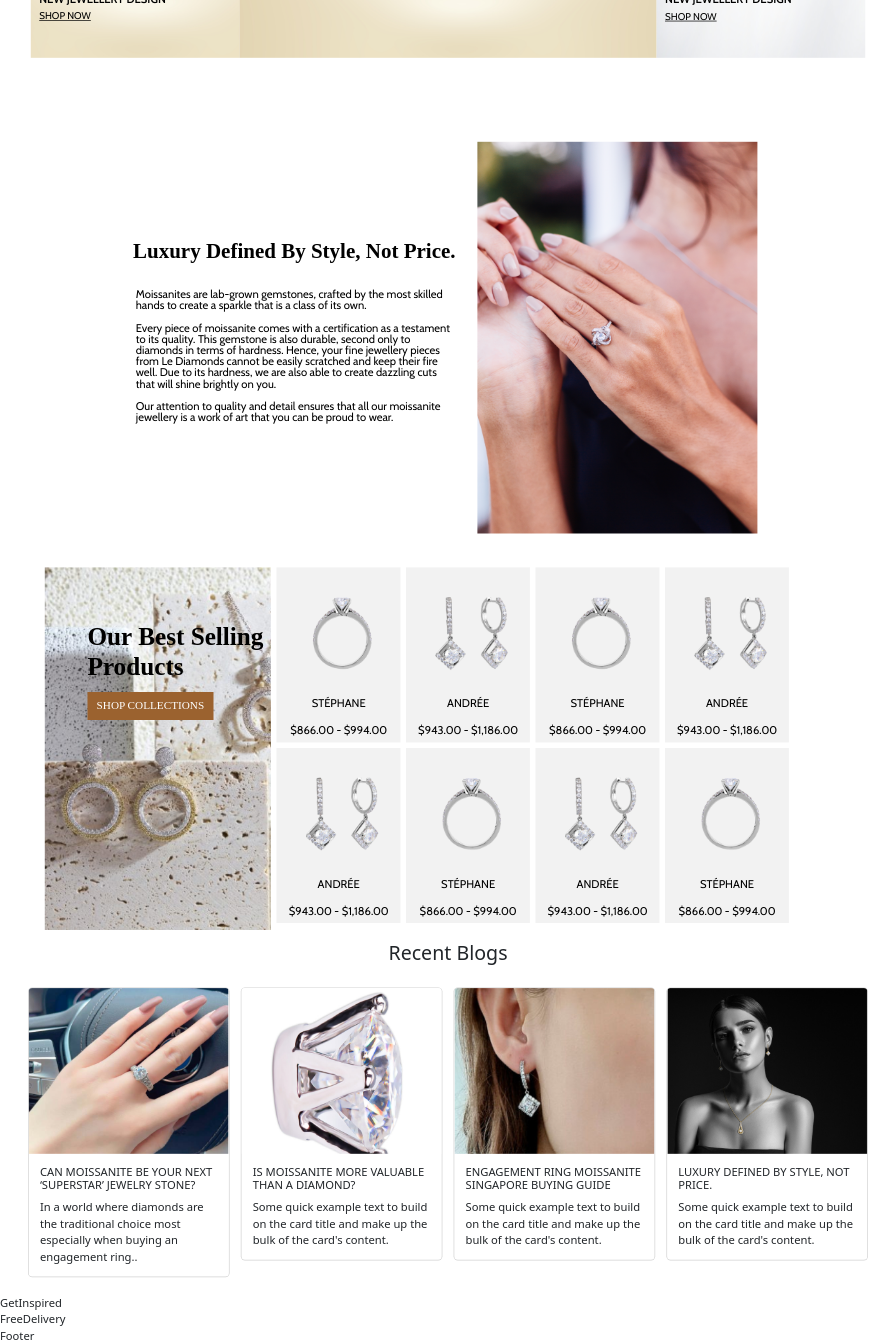
Repository: farrelmuhammad/lediamonds-vi8e
Page: /
An editor plug-in stored every save of this project. The page is shown before and after the next save, followed by the edit.
The browser window is 1280 px wide. The pictures show the part of the page from y = 1532 to 3452 px (the page is 3452 px tall), at 70% of full size.
The project was rebuilt for these pictures with package versions that can differ from the ones it lists, and the page was loaded fresh each time. Also part of the build but not shown: src/App.css.

Above is the page before, as saved 2022-09-17 15:22:45.

### src/index.css
@import url('https://fonts.googleapis.com/css2?family=Cabin:wght@400;500;600&display=swap');

body {
  margin: 0;
  font-family: -apple-system, BlinkMacSystemFont, 'Segoe UI', 'Roboto', 'Oxygen',
    'Ubuntu', 'Cantarell', 'Fira Sans', 'Droid Sans', 'Helvetica Neue',
    sans-serif;
  -webkit-font-smoothing: antialiased;
  -moz-osx-font-smoothing: grayscale;
}

code {
  font-family: source-code-pro, Menlo, Monaco, Consolas, 'Courier New',
    monospace;
}

.icons {
  color: #9B622F;
}

.content {
  justify-content: center;
}

.cat-1 {
  background: url("./assets/images/bg-1.png");
  height: 390px;
  width: 636px;
}

.cat-1 img {
  justify-content: center;
  width: 350px;
  height: 350px;
  margin-top: 1.5rem;
}

.cat-2 {
  background: url("./assets/images/bg-2.png");
  height: 390px;
  width: 636px;
}

.cat-2 img {
  width: 100%;
}

.cat-3 {
  background: url("./assets/images/bg-3.png");
  height: 390px;
  width: 636px;
}

.cat-3 img {
  width: 100%;
}

.cat-4 {
  background: url("./assets/images/bg-4.png");
  height: 390px;
  width: 636px;
}

.cat-4 img {
  justify-content: center;
  width: 350px;
  height: 350px;
  margin-top: 1.5rem;
}

.cat-5 {
  background: url("./assets/images/bg-5.png");
  height: 390px;
  width: 636px;
}

.cat-5 img {
  width: 100%;
}

.hero-content img {
  width: 400px;
  height: 560.68px;
  left: 883px;
  top: 1669px;
}

.container-hero {
  width: 100%;
  height: 516px;
  margin-bottom: 5rem;
  left: -1px;
  top: 95px;
  background: url("./assets/images/Banner.png") top left;
}

.banner {
  justify-content: center;
  padding: 11rem;
}

.text-banner-top {
  margin-left: -29.5rem;
  font: 400 1.5rem Cabin, sans-serif;
}

.text-title-banner {
  font: 500 64px Playfair Display;
}

.text-paragraph-banner {
font-family: 'Cabin';
font-style: normal;
font-weight: 500;
font-size: 12px;
line-height: 15px;
color: #868686;
}

.line {
  width: 25.02px;
height: 1px;
left: 85px;
top: 254.5px;
/* justify-content: center; */
background: #000000;
}

.button-hero {
  justify-content: left;
  width: 175px;
  height: 40px;
  background: #9B622F;
}

.title-category {
  justify-content: center;
}

.text-cat h5 {
  font-family: 'Cabin';
font-style: normal;
font-weight: 700;
font-size: 16px;
line-height: 17px;
color: #000000;
}

.text-cat p {
  font-family: 'Cabin';
  font-style: normal;
  font-weight: 400;
  font-size: 14px;
  line-height: 17px;
  text-decoration-line: underline;
  color: #000000;
}

.text-product h5 {
  font-family: 'Playfair Display';
font-style: normal;
font-weight: 550;
font-size: 30px;
color: #000000;
}

.text-product p {
  font-family: 'Cabin';
font-style: normal;
font-weight: 300;
font-size: 16px;
line-height: 22px;
color: #000000;
}

.best-sell {
  justify-content: left;
}

.left-col {
  background: url("./assets/images/best-sell.png");
  width: 412px;
height: 518px;
left: 85px;
top: 2330px;
margin-left: 4rem;
}

.text-best-sell {
  position: absolute;
width: 266px;
height: 84px;
left: 125px;
top: 2420px;

font-family: 'Playfair Display';
font-style: normal;
font-weight: 600;
font-size: 36px;
line-height: 42px;
/* or 117% */

text-transform: capitalize;

color: #000000;
}

.text-best-sell .button-hero {
  justify-content: left;
  width: 180px;
  height: 40px;
  background: #9B622F;
}

.card-product {
  background: url("./assets/images/bg-product.png");
  width: 100%;
height: 250px;
}

.card-product img {
  width: 180px;
  height: 180px;
  left: 513px;
  top: 2330px;
}

### src/App.js
import logo from './logo.svg';
import './App.css';
import Homepage from './pages/Homepage';

function App() {
  return (
    <>
      <Homepage />
    </>
  );
}

export default App;

### src/pages/Homepage.jsx
import React from "react";
import BestSelling from "../components/BestSelling";
import Blogs from "../components/Blogs";
import Category from "../components/Category";
import Content from "../components/Content";
import Footer from "../components/Footer";
import FreeDelivery from "../components/FreeDelivery";
import GetInspired from "../components/GetInspired";
import Header from "../components/Header";
import Jumbotron from "../components/Jumbotron";
import Products from "../components/Products";

const Homepage = () => {
  return (
    <>
      <Header />
      <Jumbotron />
      <Content />
      <Category />
      <Products />
      <BestSelling />
      <Blogs />
      <GetInspired />
      <FreeDelivery />
      <Footer />
    </>
  );
};

export default Homepage;

### src/components/BestSelling.jsx
import React from "react";
import product1 from "../assets/images/product-5.png";
import product2 from "../assets/images/product-2.png";

const BestSelling = () => {
  return (
    <>
      <div class="d-flex justify-content-center mb-3">
        <div class="p-2 bd-highlight left-col">
          <div className="text-best-sell">
            <p>our Best Selling Products</p>
            <div class="d-flex button-hero">
              <a href="#about" class="btn text-white">
                SHOP COLLECTIONS
              </a>
            </div>
          </div>
        </div>
        <div class="p-0 ms-2 flex-grow-1 bd-highlight">
          <div class="container">
            <div class="row row-cols-5">
              <div class="col p-1 me-2 mb-2 card-product">
                <img src={product1} alt="product 1" />
                <div className="text-product text-center">
                  <p>STÉPHANE</p>
                  <p>$866.00 - $994.00</p>
                </div>
              </div>
              <div class="col p-1 me-2 mb-2 card-product">
                <img src={product2} alt="product 2" />
                <div className="text-product text-center">
                  <p>ANDRÉE</p>
                  <p>$943.00 - $1,186.00</p>
                </div>
              </div>
              <div class="col p-1 me-2 mb-2 card-product">
                <img src={product1} alt="product 1" />
                <div className="text-product text-center">
                  <p>STÉPHANE</p>
                  <p>$866.00 - $994.00</p>
                </div>
              </div>
              <div class="col p-1 me-2 mb-2 card-product">
                <img src={product2} alt="product 2" />
                <div className="text-product text-center">
                  <p>ANDRÉE</p>
                  <p>$943.00 - $1,186.00</p>
                </div>
              </div>
              <div class="col p-1 me-2 mb-2 card-product">
                <img src={product2} alt="product 2" />
                <div className="text-product text-center">
                  <p>ANDRÉE</p>
                  <p>$943.00 - $1,186.00</p>
                </div>
              </div>
              <div class="col p-1 me-2 mb-2 card-product">
                <img src={product1} alt="product 1" />
                <div className="text-product text-center">
                  <p>STÉPHANE</p>
                  <p>$866.00 - $994.00</p>
                </div>
              </div>
              <div class="col p-1 me-2 mb-2 card-product">
                <img src={product2} alt="product 2" />
                <div className="text-product text-center">
                  <p>ANDRÉE</p>
                  <p>$943.00 - $1,186.00</p>
                </div>
              </div>
              <div class="col p-1 me-2 mb-2 card-product">
                <img src={product1} alt="product 1" />
                <div className="text-product text-center">
                  <p>STÉPHANE</p>
                  <p>$866.00 - $994.00</p>
                </div>
              </div>
            </div>
          </div>
        </div>
      </div>
    </>
  );
};

export default BestSelling;

### src/components/Blogs.jsx
import React from "react";
import Blog1 from "../assets/images/blog-1.png";
import Blog2 from "../assets/images/blog-2.png";
import Blog3 from "../assets/images/blog-3.png";
import Blog4 from "../assets/images/blog-4.png";

const Blogs = () => {
  return (
    <>
      <div className="text-center mt-3 mb-4">
        <h3 className="text-title-blog">Recent Blogs</h3>
      </div>
      <div class="d-flex flex-row justify-content-center mb-3">
        <div class="p-2 bd-highlight">
          <div class="card" style={{ width: "18rem" }}>
            <img src={Blog1} class="card-img-top" alt="..." />
            <div class="card-body">
              <h6 class="card-title">
                CAN MOISSANITE BE YOUR NEXT ‘SUPERSTAR’ JEWELRY STONE?
              </h6>
              <p class="card-text">
                In a world where diamonds are the traditional choice most
                especially when buying an engagement ring..
              </p>
            </div>
          </div>
        </div>
        <div class="p-2 bd-highlight">
          <div class="card" style={{ width: "18rem" }}>
            <img src={Blog2} class="card-img-top" alt="..." />
            <div class="card-body">
              <h6 class="card-title">
                IS MOISSANITE MORE VALUABLE THAN A DIAMOND?
              </h6>
              <p class="card-text">
                Some quick example text to build on the card title and make up
                the bulk of the card's content.
              </p>
            </div>
          </div>
        </div>
        <div class="p-2 bd-highlight">
          <div class="card" style={{ width: "18rem" }}>
            <img src={Blog3} class="card-img-top" alt="..." />
            <div class="card-body">
              <h6 class="card-title">
                ENGAGEMENT RING MOISSANITE SINGAPORE BUYING GUIDE
              </h6>
              <p class="card-text">
                Some quick example text to build on the card title and make up
                the bulk of the card's content.
              </p>
            </div>
          </div>
        </div>
        <div class="p-2 bd-highlight">
          <div class="card" style={{ width: "18rem" }}>
            <img src={Blog4} class="card-img-top" alt="..." />
            <div class="card-body">
              <h6 class="card-title">LUXURY DEFINED BY STYLE, NOT PRICE.</h6>
              <p class="card-text">
                Some quick example text to build on the card title and make up
                the bulk of the card's content.
              </p>
            </div>
          </div>
        </div>
      </div>
    </>
  );
};

export default Blogs;

### src/components/Category.jsx
import React from "react";
import product1 from "../assets/images/product-1.png";
import product2 from "../assets/images/product-2.png";
import product3 from "../assets/images/product-3.png";
import product4 from "../assets/images/product-4.png";
import product5 from "../assets/images/product-5.png";
import product6 from "../assets/images/product-6.png";

const Category = () => {
  return (
    <>
      <div class="d-flex flex-column bd-highlight justify-content-center text-center mb-3 p-5">
        <div class="p-2 pb-0 bd-highlight">
          <div class="row">
            <div class="col-md-6 text-start cat-1">
              <div class="row">
                <div class="col">
                  <img src={product1} />
                </div>
                <div class="col title-category">
                  <h5>NEW JEWELLERY DESIGN</h5>
                  <p>SHOP NOW</p>
                </div>
              </div>
            </div>
            <div class="col-6 col-md-6">
              <div class="row">
                <div class="col cat-2 text-start">
                  <img src={product2} />
                  <div className="text-cat mt-4">
                    <h5>NEW JEWELLERY DESIGN</h5>
                    <p>SHOP NOW</p>
                  </div>
                </div>
                <div class="col cat-3 text-start">
                  <img src={product3} />
                  <div className="text-cat mt-4">
                    <h5>NEW JEWELLERY DESIGN</h5>
                    <p>SHOP NOW</p>
                  </div>
                </div>
              </div>
            </div>
          </div>
        </div>
        <div class="p-2 pt-0 bd-highlight">
          <div class="row">
            <div class="col text-start cat-3">
              <img src={product4} />
              <div className="text-cat mt-5">
                <h5>NEW JEWELLERY DESIGN</h5>
                <p>SHOP NOW</p>
              </div>
            </div>
            <div class="col-md-6 cat-4">
              <div class="row">
                <div class="col">
                  <img src={product5} />
                </div>
                <div class="col">
                  <h5>NEW JEWELLERY DESIGN</h5>
                  <p>SHOP NOW</p>
                </div>
              </div>
            </div>
            <div class="col cat-5 text-start">
              <img src={product6} />
              <div className="text-cat mt-4">
                <h5>NEW JEWELLERY DESIGN</h5>
                <p>SHOP NOW</p>
              </div>
            </div>
          </div>
        </div>
      </div>
    </>
  );
};

export default Category;

### src/components/Content.jsx
import React from "react";
import {
  FaTruck,
  FaHandshake,
  FaHandHoldingHeart,
  FaCreditCard,
} from "react-icons/fa";

const Content = () => {
  return (
    <>
      {/* <div className="d-flex justify-content-center"> */}
      <div className="row d-flex justify-content-center text-center m-1 p-3 content">
        <div className="col">
          <h5 class="icon-title">
            <FaTruck className="icons me-2 mb-1" />
            FREE DELIVERY
          </h5>
          <p class="icon-caption ms-4 ps-1">For orders over $199</p>
        </div>
        <div className="col">
          <h5 class="icon-title">
            <FaHandshake className="icons me-2 mb-1" />
            30 DAYS RETURN
          </h5>
          <p class="icon-caption ms-4 ps-1">No questions asked</p>
        </div>
        <div className="col">
          <h5 class="icon-title">
            <FaHandHoldingHeart className="icons me-2 mb-1" />
            ETHICALLY MADE
          </h5>
          <p class="icon-caption ms-4 ps-1">From sustainable sources</p>
        </div>
        <div className="col">
          <h5 class="icon-title">
            <FaCreditCard className="icons me-2 mb-1" />
            SECURE PAYMENTS
          </h5>
          <p class="icon-caption ms-4 ps-1 ms-4 ps-1">For a seamless checkout</p>
        </div>
      </div>
      {/* </div> */}
    </>
  );
};

export default Content;

### src/components/FreeDelivery.jsx
import React from 'react'

const FreeDelivery = () => {
  return (
    <div>FreeDelivery</div>
  )
}

export default FreeDelivery

### src/components/GetInspired.jsx
import React from 'react'

const GetInspired = () => {
  return (
    <div>GetInspired</div>
  )
}

export default GetInspired

### src/components/Header.jsx
import React from "react";
import Logo from "../assets/images/Logo.png";
import { FaShoppingCart, FaUserAlt } from "react-icons/fa";

const Header = () => {
  return (
    <>
      <nav className="navbar navbar-expand-lg navbar-light bg-light">
        <div className="container-fluid">
          <a className="navbar-brand ms-5" href="#">
            <img src={Logo} alt="Le Diamonds" />
          </a>
          <button
            className="navbar-toggler"
            type="button"
            data-bs-toggle="collapse"
            data-bs-target="#navbarSupportedContent"
            aria-controls="navbarSupportedContent"
            aria-expanded="false"
            aria-label="Toggle navigation"
          >
            <span className="navbar-toggler-icon"></span>
          </button>
          <div className="collapse navbar-collapse" id="navbarSupportedContent">
            <ul className="navbar-nav me-auto mb-2 mb-lg-0">
              <li className="nav-item ms-5">
                <a className="nav-link active" aria-current="page" href="#">
                  Collections
                </a>
              </li>
              <li className="nav-item ms-5">
                <a className="nav-link" href="#">
                  Blogs
                </a>
              </li>
              <li className="nav-item ms-5">
                <a className="nav-link" href="#">
                  Our Story
                </a>
              </li>
            </ul>
            <div className="d-flex">
              <ul className="navbar-nav me-auto mb-2 mb-lg-0">
                <li className="nav-item m-3">
                  FREE DELIVERY FOR ORDERS ABOVE $199
                </li>
                <li className="nav-item icons m-3">
                  <FaShoppingCart />
                </li>
                <li className="nav-item icons m-3">
                  <FaUserAlt />
                </li>
              </ul>
            </div>
          </div>
        </div>
      </nav>
    </>
  );
};

export default Header;

### src/components/Jumbotron.jsx
import React from "react";

const Jumbotron = () => {
  return (
    <>
      <div class="container-hero">
        <div className="banner">
          <div className="row">
            <div className="col">
              <div className="line text-center m-2 p-0"></div>
            </div>
            <div className="col">
              <h5 className="text-banner-top">MORE THAN JUST JEWELLERY</h5>
            </div>
          </div>
          <h2 className="text-title-banner">Elegance & Eternity.</h2>
          <p className="text-paragraph-banner">FINELY CRAFTED LAB-GROWN MOISSANITE JEWELLERY</p>
          <div class="d-flex button-hero">
            <a href="#about" class="btn text-white text-center">
              SHOP COLLECTIONS
            </a>
          </div>
        </div>
      </div>
    </>
  );
};

export default Jumbotron;

### src/components/Products.jsx
import React from "react";
import Hero1 from "../assets/images/hero-1.png"

const Products = () => {
  return (
    <section id="about" class="about section-bg">
      <div class="container" data-aos="fade-up">
        <div class="row ms-5 p-5 justify-content-center">
          <div
            class="col-lg-6 pt-4 pt-lg-0 content d-flex flex-column justify-content-center text-product"
            data-aos="fade-up"
            data-aos-delay="100"
          >
            <h5>Luxury Defined By Style, Not Price.</h5>
            <p className="mt-4 p-1 lh-1">
              Moissanites are lab-grown gemstones, crafted by the most skilled
              hands to create a sparkle that is a class of its own.
              <br />
              <br />
              Every piece of moissanite comes with a certification as a
              testament to its quality. This gemstone is also durable, second
              only to diamonds in terms of hardness. Hence, your fine jewellery
              pieces from Le Diamonds cannot be easily scratched and keep their
              fire well. Due to its hardness, we are also able to create
              dazzling cuts that will shine brightly on you.
              <br />
              <br />
              Our attention to quality and detail ensures that all our
              moissanite jewellery is a work of art that you can be proud to
              wear.
            </p>
          </div>
          <div class="col-lg-6 hero-content" data-aos="fade-right" data-aos-delay="100">
            <img src={Hero1} class="img-fluid" alt="" />
          </div>
        </div>
      </div>
    </section>
  );
};

export default Products;

Loaded but not shown: public/index.html (common file); src/index.js (common file); src/reportWebVitals.js (common file); src/components/Footer.jsx (common file)

After the next save:
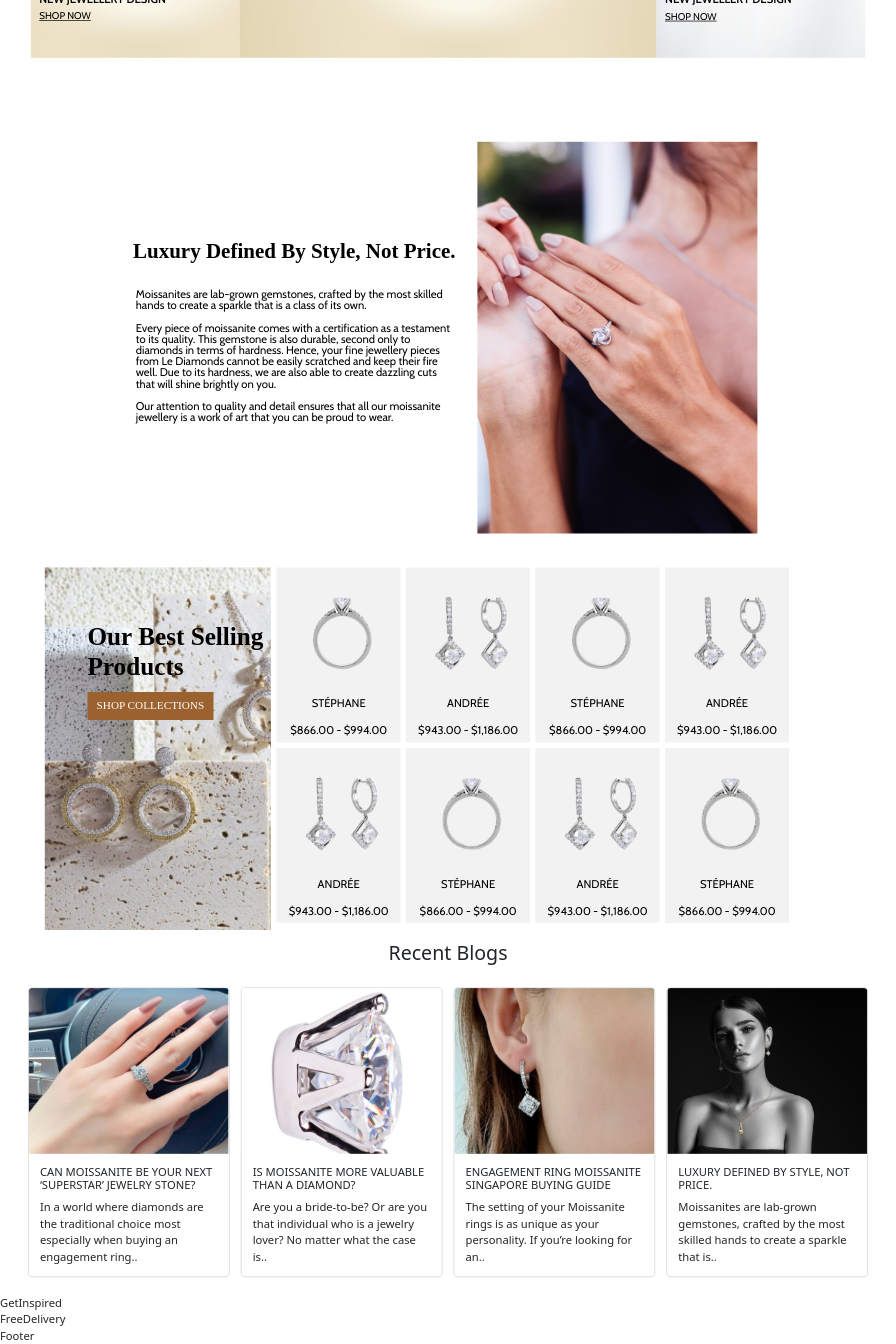
Saved 34 s later.
--- a/src/components/Blogs.jsx
+++ b/src/components/Blogs.jsx
@@ -33,8 +33,8 @@ const Blogs = () => {
                 IS MOISSANITE MORE VALUABLE THAN A DIAMOND?
               </h6>
               <p class="card-text">
-                Some quick example text to build on the card title and make up
-                the bulk of the card's content.
+                Are you a bride-to-be? Or are you that individual who is a
+                jewelry lover? No matter what the case is..
               </p>
             </div>
           </div>
@@ -47,8 +47,8 @@ const Blogs = () => {
                 ENGAGEMENT RING MOISSANITE SINGAPORE BUYING GUIDE
               </h6>
               <p class="card-text">
-                Some quick example text to build on the card title and make up
-                the bulk of the card's content.
+                The setting of your Moissanite rings is as unique as your
+                personality. If you’re looking for an..
               </p>
             </div>
           </div>
@@ -59,8 +59,8 @@ const Blogs = () => {
             <div class="card-body">
               <h6 class="card-title">LUXURY DEFINED BY STYLE, NOT PRICE.</h6>
               <p class="card-text">
-                Some quick example text to build on the card title and make up
-                the bulk of the card's content.
+                Moissanites are lab-grown gemstones, crafted by the most skilled
+                hands to create a sparkle that is..
               </p>
             </div>
           </div>
